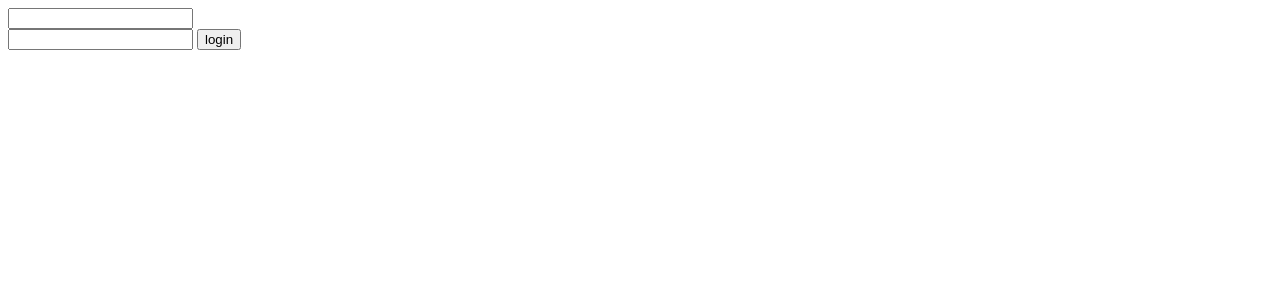
Repository: deepakkthakur/java
Page: FormServlet/src/main/webapp/index.html
An editor plug-in stored every save of this project. The page is shown before and after the next save, followed by the edit.
The browser window is 1280 px wide. The pictures show the whole page.

Above is the page before, as saved 2024-04-10 07:47:42.

After the next save:
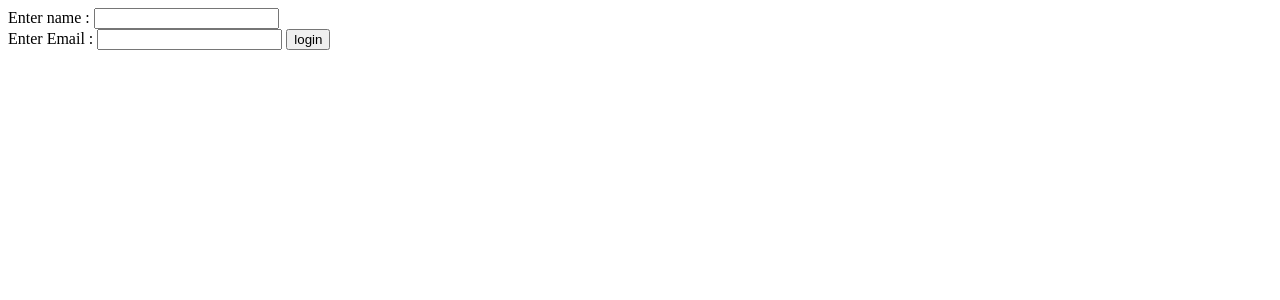
Saved 25 s later.
--- a/FormServlet/src/main/webapp/index.html
+++ b/FormServlet/src/main/webapp/index.html
@@ -7,8 +7,8 @@
 <body>
 
 	<form action="login" method="post">
-	<input type="text" name="uname"></br>
-	<input type="email" name="email">
+	Enter name : <input type="text" name="uname"></br>
+	Enter Email : <input type="email" name="email">
 	<input type="submit" value="login" />
 
 	</form>
